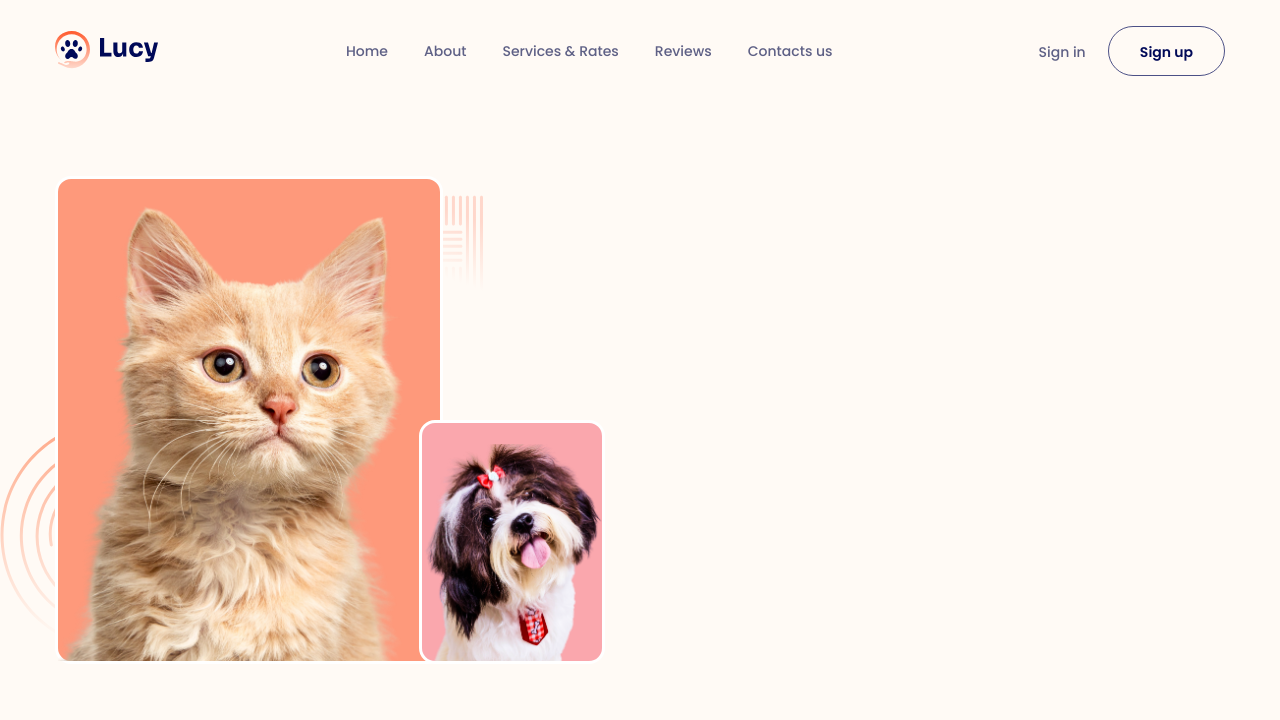
Repository: empty24062002/f8-project-05
Page: index.html
The author's editor kept a copy of each file at every save. The page is drawn from the files as they stood at one save, then again after the next save.
The browser window is 1280 px wide. The pictures show the whole page.

Above is the page before, as saved 2023-09-09 17:34:31.

### index.html
<!DOCTYPE html>
<html lang="en">
    <head>
        <meta charset="UTF-8" />
        <meta name="viewport" content="width=device-width, initial-scale=1.0" />
        <title>Lucy</title>
        <!-- favicon -->
        <link
            rel="apple-touch-icon"
            sizes="57x57"
            href="./assets/favicon/apple-icon-57x57.png"
        />
        <link
            rel="apple-touch-icon"
            sizes="60x60"
            href="./assets/favicon/apple-icon-60x60.png"
        />
        <link
            rel="apple-touch-icon"
            sizes="72x72"
            href="./assets/favicon/apple-icon-72x72.png"
        />
        <link
            rel="apple-touch-icon"
            sizes="76x76"
            href="./assets/favicon/apple-icon-76x76.png"
        />
        <link
            rel="apple-touch-icon"
            sizes="114x114"
            href="./assets/favicon/apple-icon-114x114.png"
        />
        <link
            rel="apple-touch-icon"
            sizes="120x120"
            href="./assets/favicon/apple-icon-120x120.png"
        />
        <link
            rel="apple-touch-icon"
            sizes="144x144"
            href="./assets/favicon/apple-icon-144x144.png"
        />
        <link
            rel="apple-touch-icon"
            sizes="152x152"
            href="./assets/favicon/apple-icon-152x152.png"
        />
        <link
            rel="apple-touch-icon"
            sizes="180x180"
            href="./assets/favicon/apple-icon-180x180.png"
        />
        <link
            rel="icon"
            type="image/png"
            sizes="192x192"
            href="./assets/favicon/android-icon-192x192.png"
        />
        <link
            rel="icon"
            type="image/png"
            sizes="32x32"
            href="./assets/favicon/favicon-32x32.png"
        />
        <link
            rel="icon"
            type="image/png"
            sizes="96x96"
            href="./assets/favicon/favicon-96x96.png"
        />
        <link
            rel="icon"
            type="image/png"
            sizes="16x16"
            href="./assets/favicon/favicon-16x16.png"
        />
        <link rel="manifest" href="./assets/favicon/manifest.json" />
        <meta name="msapplication-TileColor" content="#ffffff" />
        <meta
            name="msapplication-TileImage"
            content="./assets/favicon/ms-icon-144x144.png"
        />
        <meta name="theme-color" content="#ffffff" />
        <!-- reset CSS -->
        <link rel="stylesheet" href="./assets/css/reset.css" />
        <!-- embed font -->
        <link rel="preconnect" href="https://fonts.googleapis.com" />
        <link rel="preconnect" href="https://fonts.gstatic.com" crossorigin />
        <link
            href="https://fonts.googleapis.com/css2?family=Poppins:wght@300;400;500;600&family=Sora:wght@600;700;800&display=swap"
            rel="stylesheet"
        />
        <!-- style css -->
        <link rel="stylesheet" href="./assets/css/styles.css" />
    </head>
    <body>
        <!-- header -->
        <header class="header">
            <div class="container">
                <div class="header__inner">
                    <!-- logo -->
                    <a href="#!">
                        <img
                            src="./assets/img/logo.svg"
                            alt="Lucy"
                            class="header__logo"
                        />
                    </a>
                    <!-- navbar -->
                    <nav class="navbar">
                        <ul class="navbar__list">
                            <li class="navbar__item">
                                <a href="#!" class="navbar__link"> Home </a>
                            </li>
                            <li class="navbar__item">
                                <a href="#!" class="navbar__link"> About </a>
                            </li>
                            <li class="navbar__item">
                                <a href="#!" class="navbar__link"
                                    >Services & Rates
                                </a>
                            </li>
                            <li class="navbar__item">
                                <a href="#!" class="navbar__link"> Reviews </a>
                            </li>
                            <li class="navbar__item">
                                <a href="#!" class="navbar__link">
                                    Contacts us
                                </a>
                            </li>
                        </ul>
                    </nav>
                    <!-- header action -->
                    <div class="header-action">
                        <a href="#!" class="header-action__link">Sign in</a>
                        <a href="#!" class="btn header-action__btn">Sign up</a>
                    </div>
                </div>
            </div>
        </header>
        <!-- hero -->
        <section class="hero">
            <div class="container">
                <div class="hero__inner">
                    <!-- hero media -->
                    <div class="hero__media">
                        <div class="hero__img-wrap">
                            <img
                                src="./assets/img/hero__img1.png"
                                alt=""
                                class="hero__img"
                            />

                            <!-- Decorators -->
                            <img
                                src="./assets/img/decor__01.svg"
                                alt=""
                                class="hero__decor hero__decor-left"
                            />
                            <img
                                src="./assets/img/decor__02.svg"
                                alt=""
                                class="hero__decor hero__decor-right"
                            />
                        </div>
                        <div class="hero__img-wrap hero__img-wrap-small">
                            <img
                                src="./assets/img/hero__img2.png"
                                alt=""
                                class="hero__img hero__img-small"
                            />
                        </div>
                    </div>
                </div>
                    <!-- hero content -->
                    <section class="hero__content"></section>
                </div>
            </div>
        </section>
    </body>
</html>

### assets/css/styles.css
* {
    box-sizing: border-box;
}

html {
    font-size: 62.5%;
}

body {
    font-size: 1.6rem;
    font-family: "Poppins", sans-serif;
    background: #fffaf5;
}

/* common */

h1,
h2,
h3,
h4,
h5,
h6 {
    font-family: "Sora", sans-serif;
}

input,
textarea,
select,
button {
    font-size: inherit;
    font-family: inherit;
}

a {
    text-decoration: none;
}

.container {
    width: 1170px;
    max-width: calc(100% - 48px);
    margin: 0 auto;
}

.btn {
    --height: 56px;

    display: inline-block;
    min-width: 130px;
    height: var(--height);
    line-height: var(--height);
    border: 1px solid rgb(0, 9, 88, 0.7);
    border-radius: 99px;
    color: #000958;
    text-align: center;
    font-size: 1.4rem;
    font-weight: 600;
}

.btn:hover {
    opacity: 0.8;
}

/* header */
.header {
    padding: 26px 0;
}

.header__inner {
    display: flex;
    justify-content: space-between;
    align-items: center;
}

.navbar__list {
    display: flex;
}

.navbar__link,
.header-action__link {
    padding: 8px 18px;
    color: #5e6085;
    font-size: 1.4rem;
    font-weight: 500;
    line-height: 1; /* 100% */
}

.navbar__link:hover {
    color: #000958;
    text-shadow: 1px 0 0 currentColor;
}

.header-action__btn {
    --height: 50px;

    min-width: 117px;
}

/* hero */
.hero {
    margin-top: 74px;
}

.hero__inner {
    display: flex;
    justify-content: space-between;
    align-items: center;
}

.hero__media {
    display: flex;
}

.hero__img-wrap {
    position: relative;
    display: flex;
    justify-content: center;
    align-items: flex-end;
    width: 388px;
    height: 488px;
    border: 3px solid #fff;
    border-radius: 16px;
    background: #fe997b;
}

.hero__img {
    max-width: 100%;
    max-height: 100%;
}

.hero__decor {
    position: absolute;
    z-index: -1;
}

.hero__decor-left {
    left: -58px;
    bottom: 10px;
}

.hero__decor-right {
    top: 16px;
    right: -43px;
}

.hero__img-wrap-small {
    align-self: flex-end;
    width: 186px;
    height: 244px;
    margin-left: -24px;
    border-radius: 16px;
    background: #faa7ad;
}

.hero__img-small {
}

Loaded but not shown: assets/css/reset.css (common file)

After the next save:
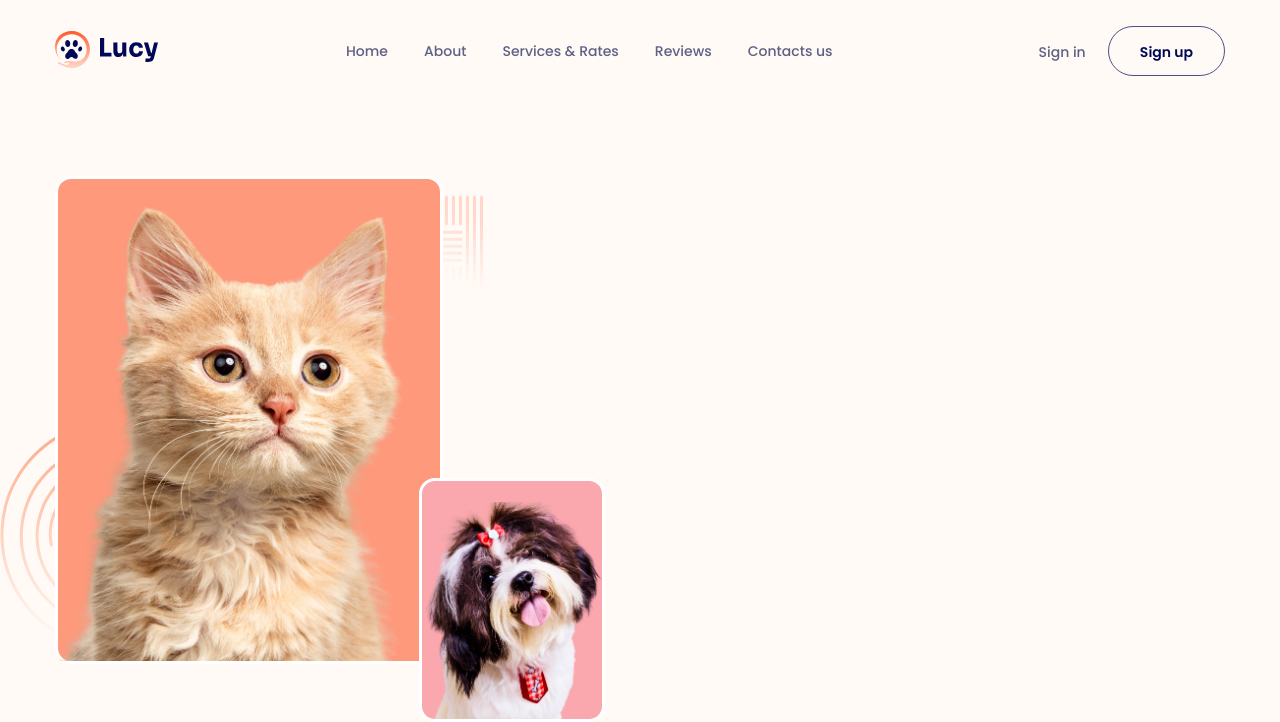
Saved 29 s later.
--- a/assets/css/styles.css
+++ b/assets/css/styles.css
@@ -146,7 +146,7 @@ a {
     align-self: flex-end;
     width: 186px;
     height: 244px;
-    margin-left: -24px;
+    margin: 0 0 -58px -24px;
     border-radius: 16px;
     background: #faa7ad;
 }
